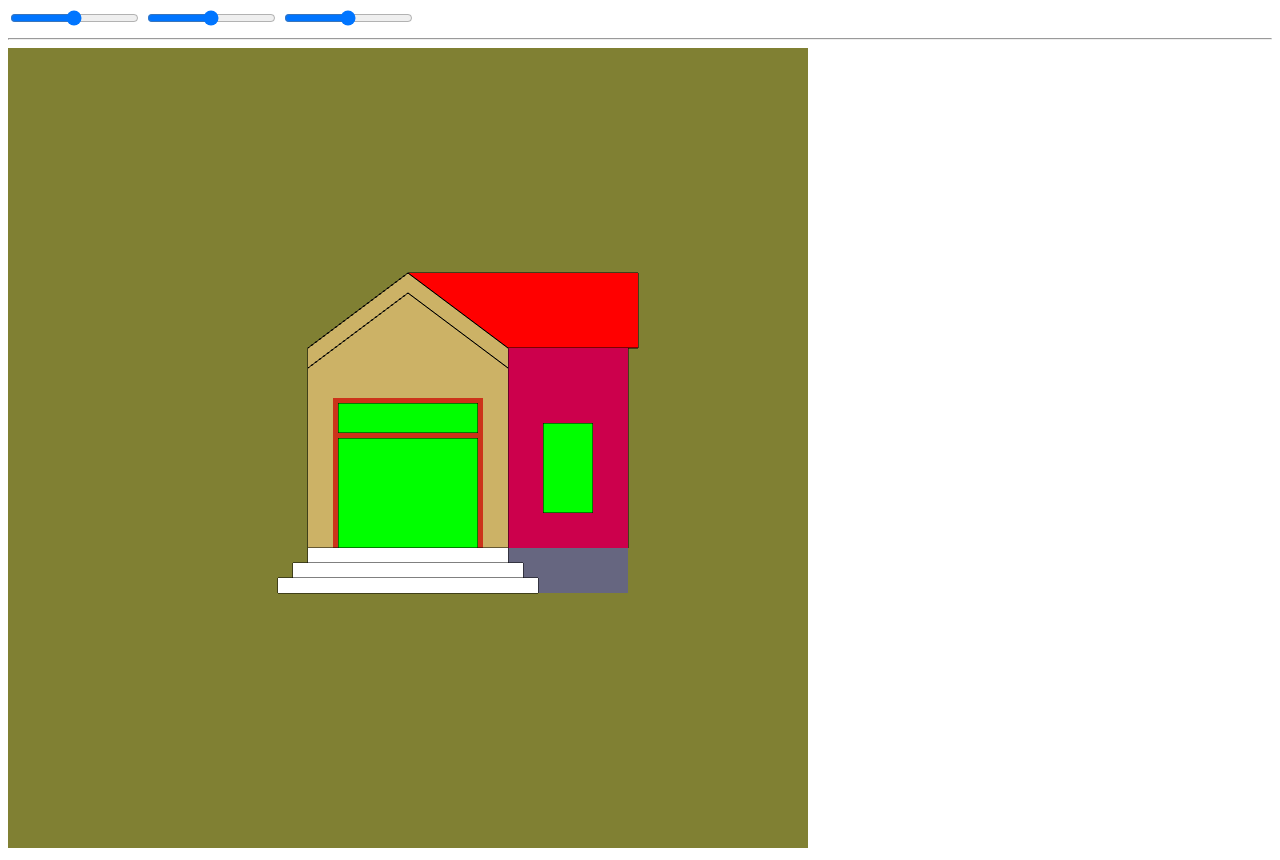
Repository: JoinGame-A36664/Build-House-WebGL
Page: index.html
An editor plug-in stored every save of this project. The page is shown before and after the next save, followed by the edit.
The browser window is 1280 px wide. The pictures show the whole page.

Above is the page before, as saved 2021-10-24 23:43:23.
Console error: ReferenceError: program is not defined

After the next save:
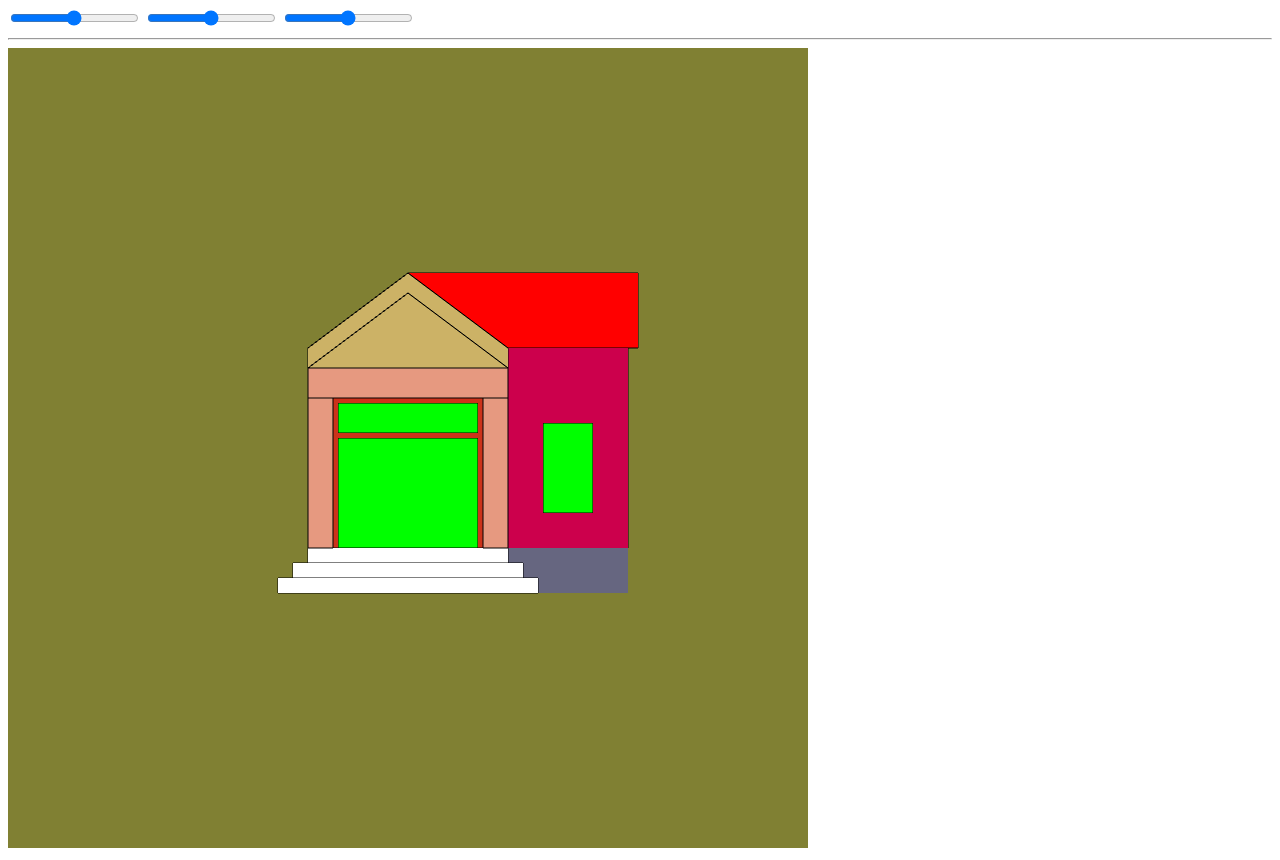
Saved 8 s later.
--- a/Bietthu1.js
+++ b/Bietthu1.js
@@ -186,9 +186,9 @@ function buildHouse(program, vertices, vertexColors) // Truyền vào những g
 
 
 
-          // buildrectangular(program, vertices[20], vertices[21], vertices[22], vertices[23], vertices[24], vertices[25], vertices[26], vertices[27], vertexColors[0], vertexColors[8]);
-          // buildrectangular(program, vec3(150, -200, 200), vec3(200, -200, 200), vec3(200, 100, 200), vec3(150, 100, 200), vec3(150, 100, 150), vec3(150, -200, 150), vec3(200, -200, 150), vec3(200, 100, 150), vertexColors[0], vertexColors[8]);
-          // buildrectangular(program, vec3(-200, -200, 200), vec3(-150, -200, 200), vec3(-150, 100, 200), vec3(-200, 100, 200), vec3(-200, 100, 150), vec3(-200, -200, 150), vec3(-150, -200, 150), vec3(-150, 100, 150), vertexColors[0], vertexColors[8]);
+          buildrectangular(program, vertices[20], vertices[21], vertices[22], vertices[23], vertices[24], vertices[25], vertices[26], vertices[27], vertexColors[0], vertexColors[8]);
+          buildrectangular(program, vec3(150, -200, 200), vec3(200, -200, 200), vec3(200, 100, 200), vec3(150, 100, 200), vec3(150, 100, 150), vec3(150, -200, 150), vec3(200, -200, 150), vec3(200, 100, 150), vertexColors[0], vertexColors[8]);
+          buildrectangular(program, vec3(-200, -200, 200), vec3(-150, -200, 200), vec3(-150, 100, 200), vec3(-200, 100, 200), vec3(-200, 100, 150), vec3(-200, -200, 150), vec3(-150, -200, 150), vec3(-150, 100, 150), vertexColors[0], vertexColors[8]);
 
           if (temp == 0) {
                     wall(program, vertices[0], vertices[1], vertices[2], vertices[3], vertexColors[9]);
